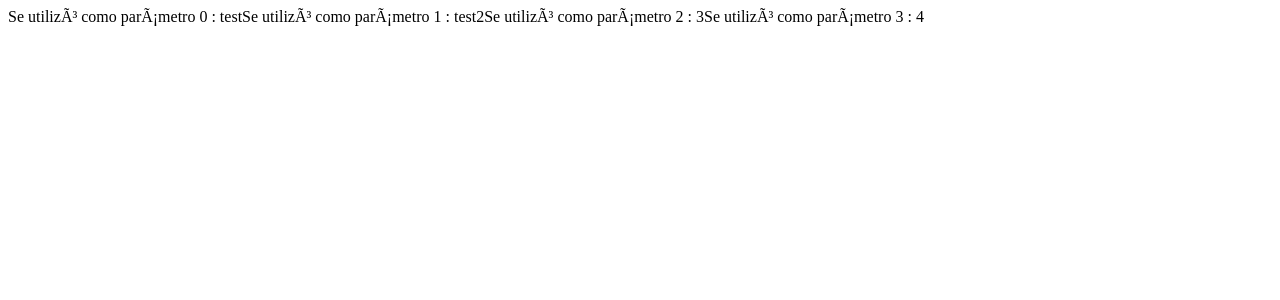
Repository: ebaglio/trabajophp
Page: http://localhost/pfma.php
The author's editor kept a copy of each file at every save. The page is drawn from the files as they stood at one save, then again after the next save.
The browser window is 1280 px wide. The pictures show the whole page.
The page is run by PHP 8.4 with error messages shown; the project is at /var/www/html/.

Above is the page before, as saved 2012-05-04 11:15:37.

### curso1/pfma.php
<?php

function abc() {
  $array = func_get_args();
  $arrayCount = count($array);
  for($i = 0; $i < $arrayCount; $i++) {
    echo "Se utilizÃ³ como parÃ¡metro $i : {$array[$i]}";
  }
}


       abc('test', 'test2', 3, 4);
?>

After the next save:
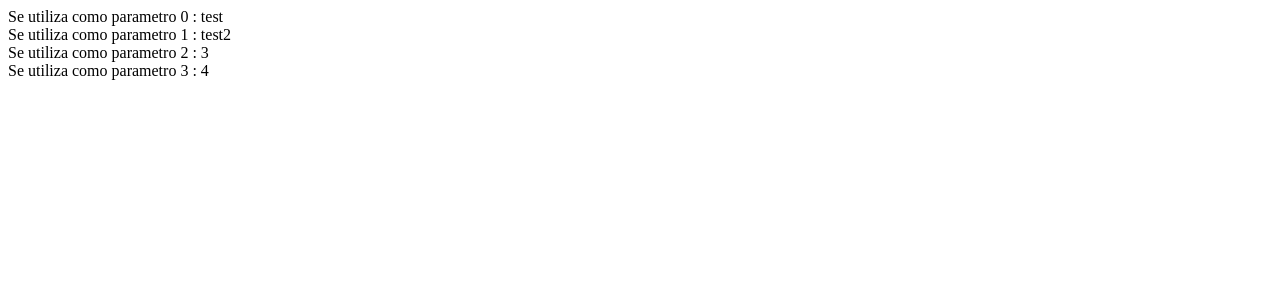
Saved 77 s later.
--- a/curso1/pfma.php
+++ b/curso1/pfma.php
@@ -4,7 +4,7 @@ function abc() {
   $array = func_get_args();
   $arrayCount = count($array);
   for($i = 0; $i < $arrayCount; $i++) {
-    echo "Se utilizÃ³ como parÃ¡metro $i : {$array[$i]}";
+    echo "Se utiliza como parametro $i : {$array[$i]}"."<br>";
   }
 }
 
